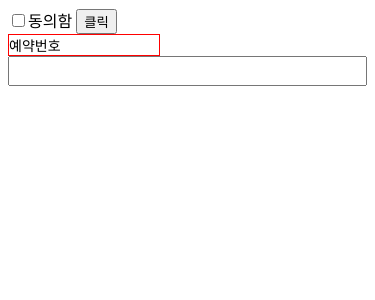
Repository: mekeyace/portfolio
Page: http://localhost/web/check.jsp
These files come from the project's save history. The page is drawn as it stood at one moment and after the next save; the edit follows.
The browser window is 375 px wide. The pictures show the whole page.
The page is served by Tomcat 9.

Above is the page before, as saved 2023-06-22 03:01:20.

After the next save:
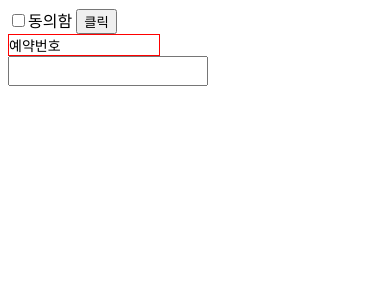
Saved 28 s later.
--- a/maven/web/src/main/webapp/check.jsp
+++ b/maven/web/src/main/webapp/check.jsp
@@ -10,7 +10,7 @@
 
 @media screen and (min-width:340px) and (max-width:560px){
 .ins {
-width:100%;
+width:200px;
 max-width:450px;
 height:30px;
 box-sizing: border-box;
